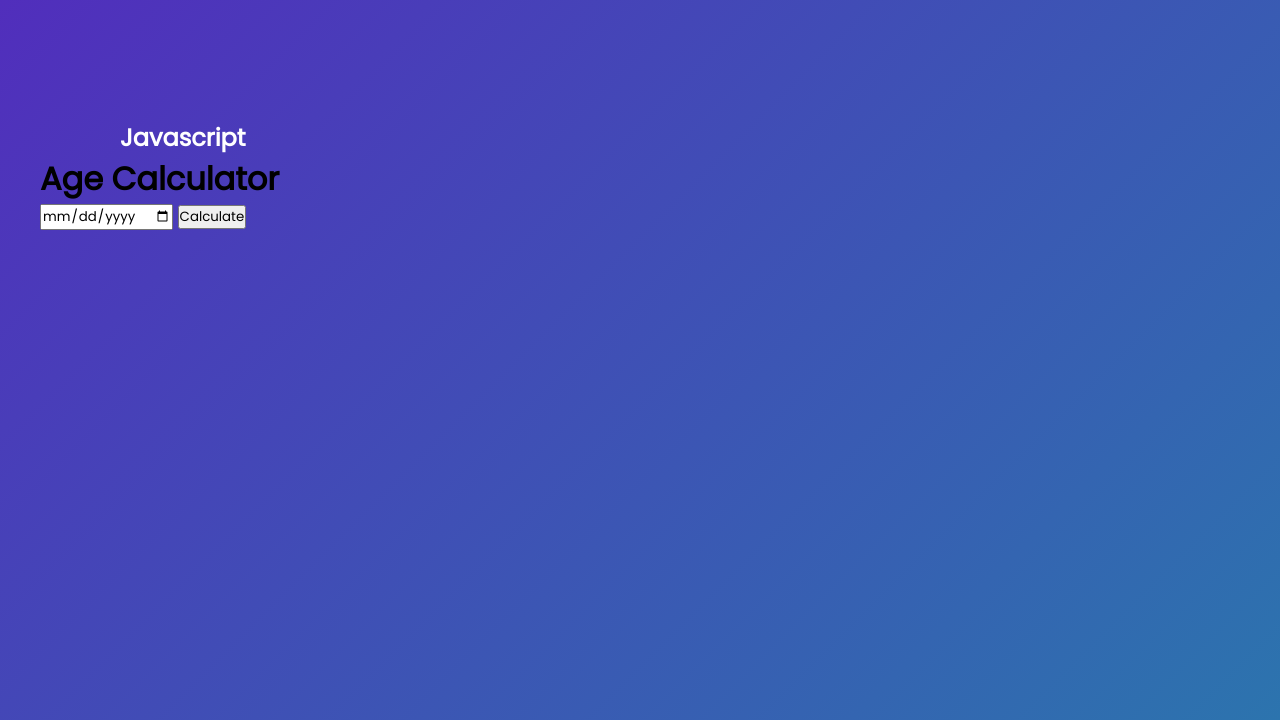
Repository: Ankitkr2021/Age-Calculator
Page: index.html
An editor plug-in stored every save of this project. The page is shown before and after the next save, followed by the edit.
The browser window is 1280 px wide. The pictures show the whole page.

Above is the page before, as saved 2025-10-05 10:23:07.

After the next save:
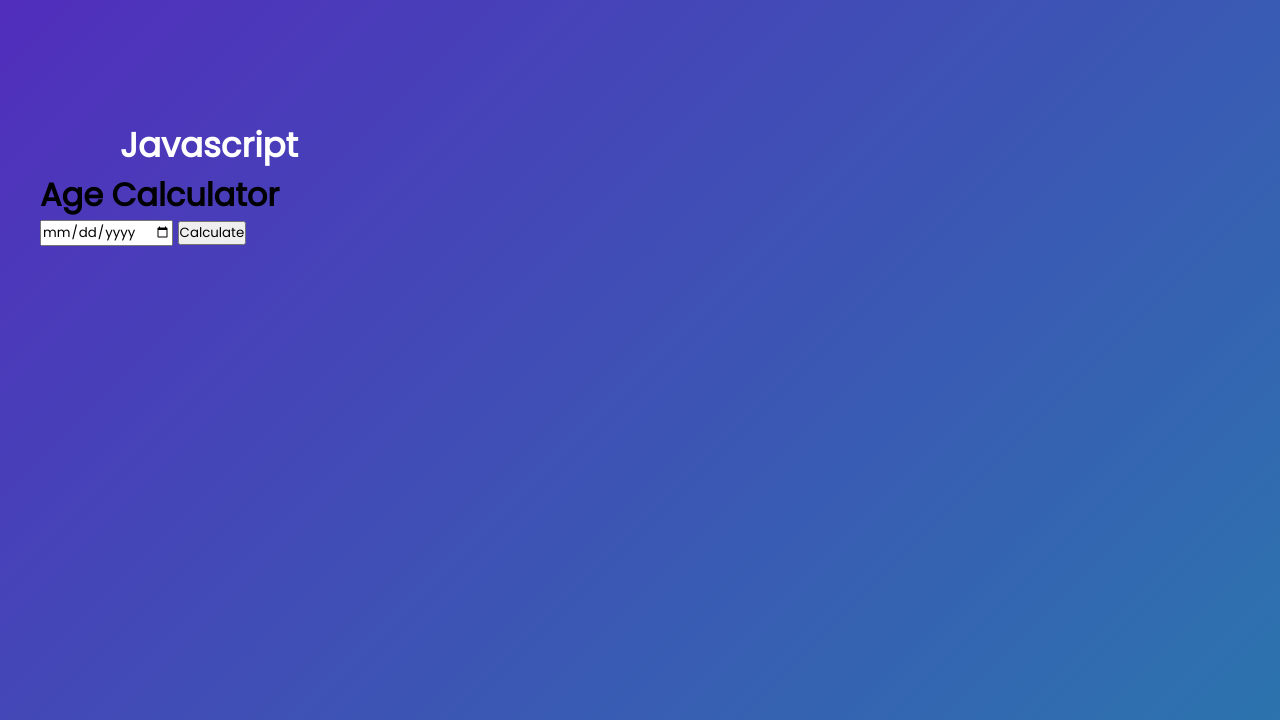
Saved 5 s later.
--- a/style.css
+++ b/style.css
@@ -23,6 +23,6 @@
     padding-top: 80px;
     padding-left: 80px;
     color: #fff;
-    font-size: 24px;
+    font-size: 34px;
     font-weight: 600;
 }
